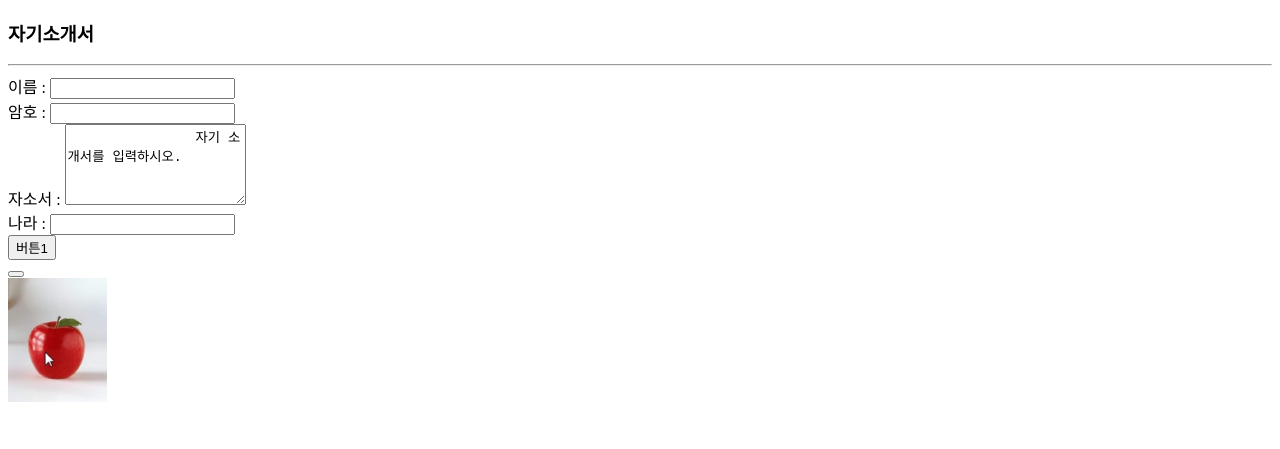
Repository: nijooymik/smartfactory
Page: jsp/t0718/src/main/webapp/html/form2.html
The author's editor kept a copy of each file at every save. The page is drawn from the files as they stood at one save, then again after the next save.
The browser window is 1280 px wide. The pictures show the whole page.

Above is the page before, as saved 2022-07-18 07:13:04.

### jsp/t0718/src/main/webapp/html/form2.html
<!DOCTYPE html>
<html>
<head>
<meta charset="EUC-KR">
<title>Insert title here</title>
</head>
<body>
	<h3>자기소개서</h3>
	<hr>
	<form>
		이름 : <input type="text" value="" name="name"><br>
		암호 : <input type="password" value="" name="pw"><br>
		자소서 : <textarea cols="20" rows="5">
		자기 소개서를 입력하시오.
		</textarea><br>

		나라 : <input type="text" list="con">
			<datalist id="con">
			<option value="대한민국">
			<option value="일본">
			<option value="중국">
			<option value="필리핀">
		</datalist><br>

		<input type="button" value="버튼1"><br>
		<button type="button" value="버튼2"></button><br>
		<input type="image" src="img/apple.png" alt="이미지 버튼">
	</form>
</body>
</html>

After the next save:
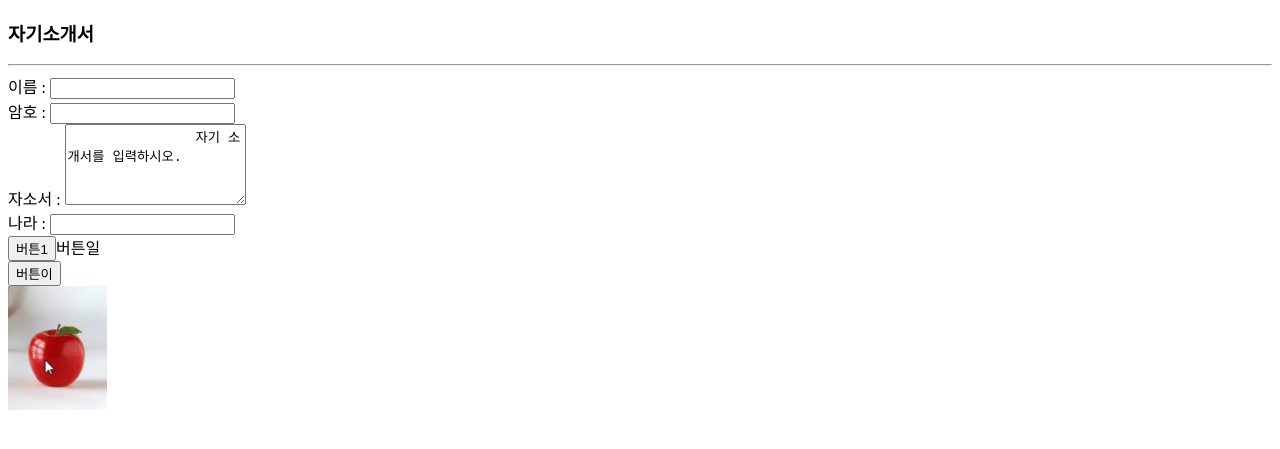
Saved 19 s later.
--- a/jsp/t0718/src/main/webapp/html/form2.html
+++ b/jsp/t0718/src/main/webapp/html/form2.html
@@ -22,8 +22,8 @@
 			<option value="필리핀">
 		</datalist><br>
 
-		<input type="button" value="버튼1"><br>
-		<button type="button" value="버튼2"></button><br>
+		<input type="button" value="버튼1">버튼일<br>
+		<button type="button" value="버튼2">버튼이</button><br>
 		<input type="image" src="img/apple.png" alt="이미지 버튼">
 	</form>
 </body>
